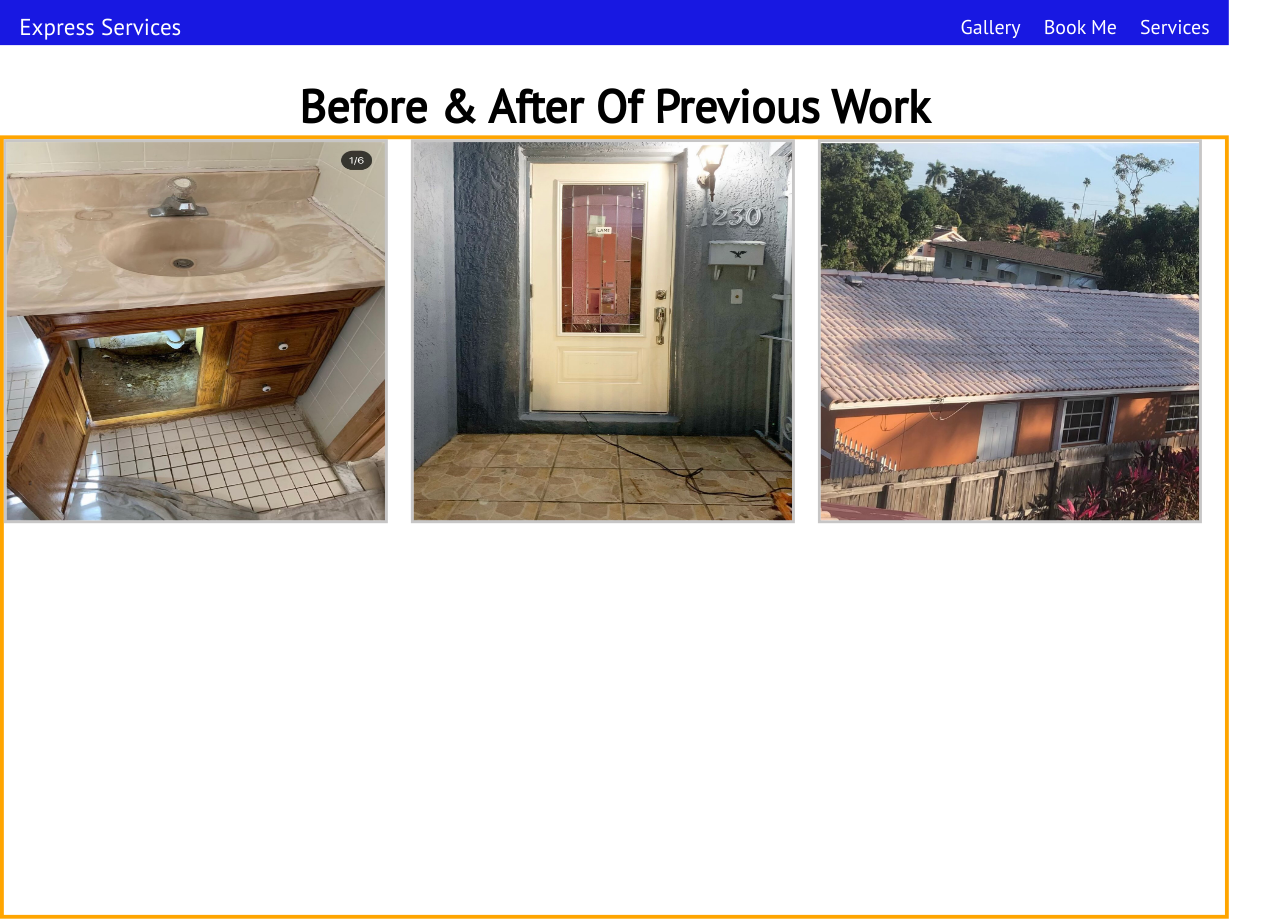
Repository: DrummerDee/mir-miami
Page: /Gallery (app in mr-miami/)
An editor plug-in stored every save of this project. The page is shown before and after the next save, followed by the edit.
The browser window is 1280 px wide. The page is 1280 px wide, then 1330 px, then 1280 px, so the pictures cover 1330 px, including what lies to the right of the window. The pictures show the whole page, at 96% of full size.
The project was rebuilt for these pictures with package versions that can differ from the ones it lists, and the page was loaded fresh each time. Also part of the build but not shown: mr-miami/src/Styles/Services.css, mr-miami/src/Components/Services.js, mr-miami/src/Components/Homepage.js, mr-miami/src/Styles/Calendar.css, mr-miami/src/Styles/Times.css, mr-miami/src/Components/Times.js, mr-miami/src/Components/Time.js, mr-miami/src/Components/BookMe.js.

Above is the page before, as saved 2022-09-09 13:13:47.

### mr-miami/public/index.html
<!DOCTYPE html>
<html lang="en">
  <head>
    <meta charset="utf-8" />
    <link rel="icon" href="%PUBLIC_URL%/favicon.ico" />
    <meta name="viewport" content="width=device-width, initial-scale=1" />
    <meta name="theme-color" content="#000000" />
    <meta
      name="description"
      content="Web site created using create-react-app"
    />
    <link rel="apple-touch-icon" href="%PUBLIC_URL%/logo192.png" />
    <!--
      manifest.json provides metadata used when your web app is installed on a
      user's mobile device or desktop. See https://developers.google.com/web/fundamentals/web-app-manifest/
    -->
    <link rel="manifest" href="%PUBLIC_URL%/manifest.json" />
    <!--
      Notice the use of %PUBLIC_URL% in the tags above.
      It will be replaced with the URL of the `public` folder during the build.
      Only files inside the `public` folder can be referenced from the HTML.

      Unlike "/favicon.ico" or "favicon.ico", "%PUBLIC_URL%/favicon.ico" will
      work correctly both with client-side routing and a non-root public URL.
      Learn how to configure a non-root public URL by running `npm run build`.
    -->
    <title>Exotic Express Services</title>
  </head>
  <body>
    <noscript>You need to enable JavaScript to run this app.</noscript>
    <div id="root"></div>
    <!--
      This HTML file is a template.
      If you open it directly in the browser, you will see an empty page.

      You can add webfonts, meta tags, or analytics to this file.
      The build step will place the bundled scripts into the <body> tag.

      To begin the development, run `npm start` or `yarn start`.
      To create a production bundle, use `npm run build` or `yarn build`.
    -->
  </body>
</html>

### mr-miami/src/App.js
import './Styles/App.css';
import { BrowserRouter as Router, Routes, Route } from "react-router-dom";
import Navbar from "./Components/Navbar";
import Services from "./Components/Services";
import Homepage from "./Components/Homepage";
import Gallery from "./Components/Gallery";
import BookMe from "./Components/BookMe";




function App() {
  return (
    <Router>
      <Navbar />
      <Routes>
        <Route path="/" element={<Homepage />} />
        <Route path="/Gallery" element={<Gallery />} />
        <Route path="/Services" element={<Services />} />
        <Route path="/BookMe" element={<BookMe />} />
      </Routes>
    </Router>
  );
}

export default App;

### mr-miami/src/Styles/App.css
@import url('https://fonts.googleapis.com/css2?family=IBM+Plex+Sans:wght@300&family=PT+Sans&display=swap');
* {
  box-sizing: border-box;
  margin: 0;
  padding: 0;
  font-family: 'PT Sans','IBM Plex Sans', sans-serif;
}

/* Gallery Page */
.gallery__body > h1 {
  font-size: 3rem;
  text-align: center;
  margin-top: 2rem;
}

.wrapper {
  display: flex;
  justify-content: center;
  align-items: center;
  border: 0.3rem solid orange;
}
.frame {
  width: 33.33%;
  border-radius: 0.3rem;
  position: relative;
  height: 50%;
}
img{
  transition: all linear 0.6s;
  border: 0.2rem solid rgb(199, 198, 198);
}
.bottom{
  position:absolute;
  top: 0;
  opacity: 0;
  left: 0;
}
.frame:hover img{
  opacity: 0;
  cursor: pointer;
}
.frame:hover img.bottom{
  opacity: 1;
}

### mr-miami/src/Components/Navbar.js
import {Link } from 'react-router-dom'; //put this on every single routing page


// This isn't a homepage, just functionality for Navbar in the homepage
const Navbar = () => {
  return (
      <nav className="nav">
        <Link className="Home" to="/"> Express Services </Link>
        <ul>
          <li><Link to="/Gallery">Gallery</Link></li>
          <li><Link to="/BookMe">Book Me</Link></li>
          <li><Link to="/Services">Services</Link></li>
        </ul>
      </nav>
  );
}
export default Navbar;

### mr-miami/src/Components/Gallery.js
import React from "react";
import { LazyLoadImage } from 'react-lazy-load-image-component';
import sinkbefore from '../Assets/sinkbefore.jpeg';
import sinkafter from '../Assets/sinkafter.jpeg';
import doorbefore from '../Assets/Doorbefore.jpeg';
import doorafter from '../Assets/Doorafter.jpeg';
// import pavementbefore from '../Assets/pavementbefore.jpeg';
// import pavementafter from '../Assets/pavementafter.jpeg';
import roofafter from '../Assets/roofafter.jpeg';
import roofbefore from '../Assets/roofbefore.jpeg';



function Gallery() {
    return (
        <>
            <main className='gallery__body'>
                <h1> Before & After Of Previous Work </h1>
                <section className='wrapper'>
                        <div className='frame'>
                            <LazyLoadImage
                                src={sinkbefore}
                                width={400}
                                height={400}
                                effect='blur'
                                alt='broken sink'
                                className="top"
                            />
                            <LazyLoadImage
                                src={sinkafter}
                                width={400}
                                height={400}
                                effect='blur'
                                alt='broken sink'
                                className="bottom"
                            />
                        </div>
                        <div className='frame'>
                            <LazyLoadImage
                                src={doorbefore}
                                width={400}
                                height={400}
                                effect='blur'
                                alt='broken sink'
                                className="top"
                            />
                            <LazyLoadImage
                                src={doorafter}
                                width={400}
                                height={400}
                                effect='blur'
                                alt='broken sink'
                                className="bottom"
                            />
                        </div>
                        <div className='frame'>
                <LazyLoadImage
                    src={roofbefore}
                    width={400}
                    height={400}
                    effect='blur'
                    alt='broken sink'
                    className="top"
                />
                <LazyLoadImage
                    src={roofafter}
                    width={400}
                    height={400}
                    effect='blur'
                    alt='broken sink'
                    className="bottom"
                />
            </div>
                </section>
            </main>

        </>
    );
}










export default Gallery

### mr-miami/src/Styles/Homepage.css
* {
  box-sizing: border-box;
  margin: 0;
  padding: 0;
}

.homeBody {
  position: relative;
  height: 95vh;
  overflow: hidden;
}

.nav {
  background-color: rgb(24, 24, 226);
  color: white;
  display: flex;
  justify-content: space-between;
  align-items: stretch;
  gap: 2rem;
  padding: 0 1rem;
  padding-top: 0.5rem;
  font-size: 1.3rem;
}

.nav ul {
  padding: 0%;
  margin: 0;
  list-style: none;
  display: flex;
  gap: 1rem;
}

.Home {
  font-size: 1.5rem;
}

.nav a {
  display: flex;
  align-items: center;
  color: inherit;
  text-decoration: none;
  height: 100%;
  padding: 0.25rem;
}

.nav li:hover {
  border-top: white 0.2rem solid;
  transition: all 0.3s ease-out;
  padding: 0.25rem;
}

.home {
  display: flex;
  flex-direction: column;
  justify-content: center;
  align-items: center;
}

.homeBody .text {
  background-image: url('../Assets/background.png');
  background-repeat: no-repeat;
  background-size: cover;
  height: 100vh;
  color: white;
  display: flex;
  flex-direction: column;
  align-items: center;
  font-weight: 300;
}

.homeBody .text .homeMainText {
  color: white;
  border-top: 0.4rem solid black;
  border-bottom: 0.4rem solid black;
  font-size: 5rem;
  padding: 0.5rem 0 0.5rem 0;
  margin-top: 6.5rem;
}

.homeBody .text>h3 {
  font-size: 1.2rem;
  padding-top: 2rem;
}

.homeBody .text>h4 {
  font-size: 1.5rem;
  margin: 0;
}

.homeBody .text>p {
  margin-top: 15rem;
  font-size: 1.5rem;
  font-weight: 600;
}

Loaded but not shown: mr-miami/src/index.js (common file); mr-miami/src/reportWebVitals.js (common file)

After the next save:
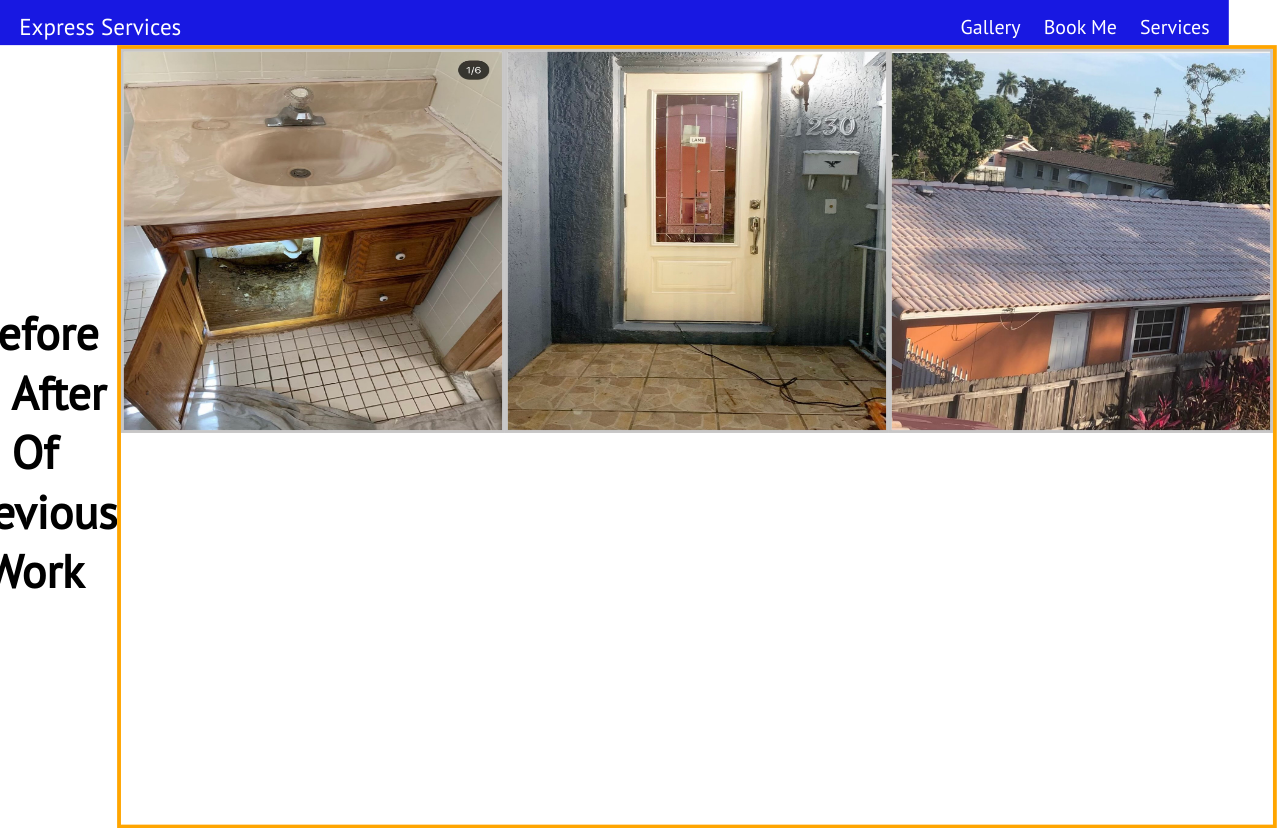
Saved 65 s later.
--- a/mr-miami/src/Styles/App.css
+++ b/mr-miami/src/Styles/App.css
@@ -7,6 +7,11 @@
 }
 
 /* Gallery Page */
+.gallery__body{
+  display: flex;
+  justify-content: center;
+  align-items: center;
+}
 .gallery__body > h1 {
   font-size: 3rem;
   text-align: center;

After the save that followed:
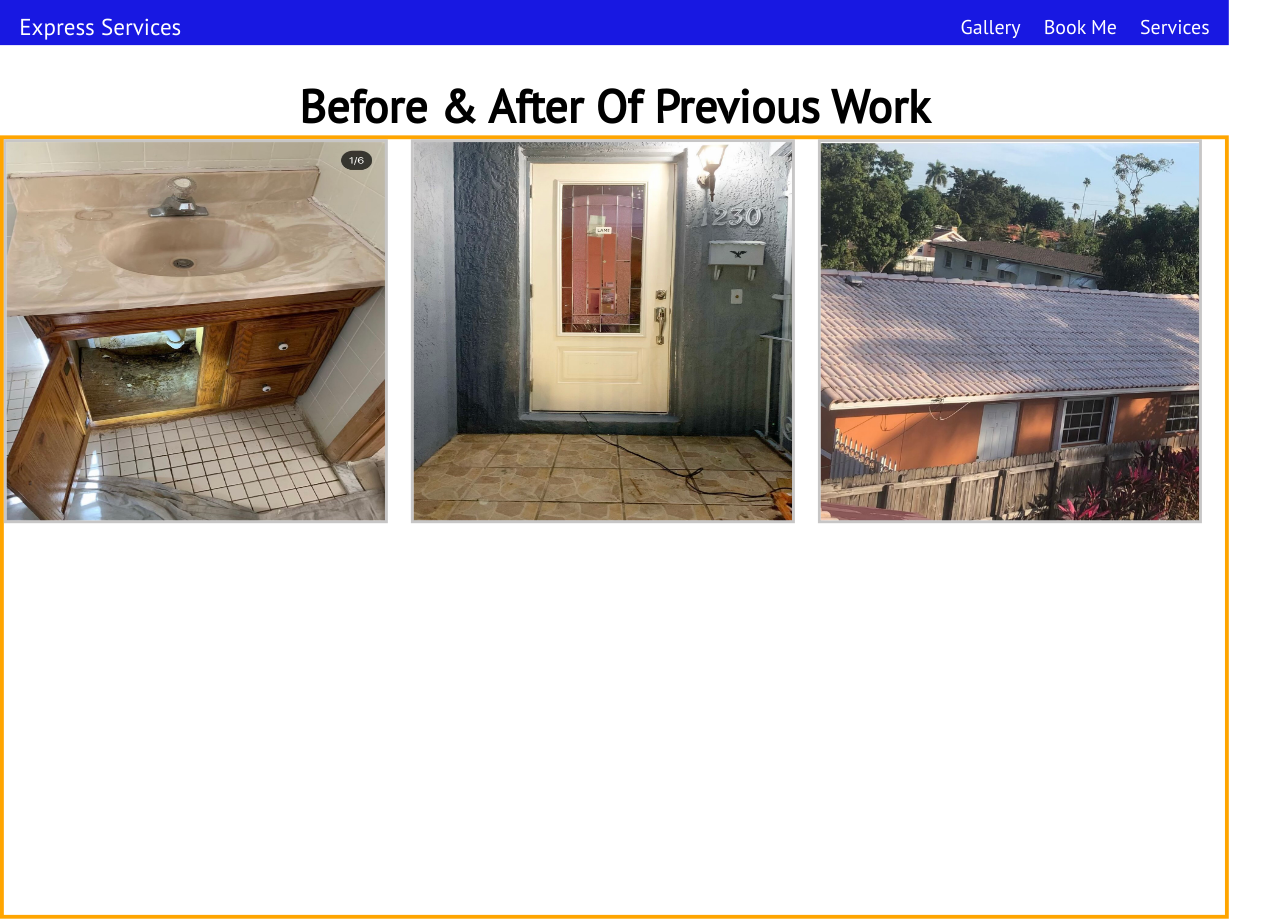
Saved 27 s later.
--- a/mr-miami/src/Styles/App.css
+++ b/mr-miami/src/Styles/App.css
@@ -7,11 +7,6 @@
 }
 
 /* Gallery Page */
-.gallery__body{
-  display: flex;
-  justify-content: center;
-  align-items: center;
-}
 .gallery__body > h1 {
   font-size: 3rem;
   text-align: center;
